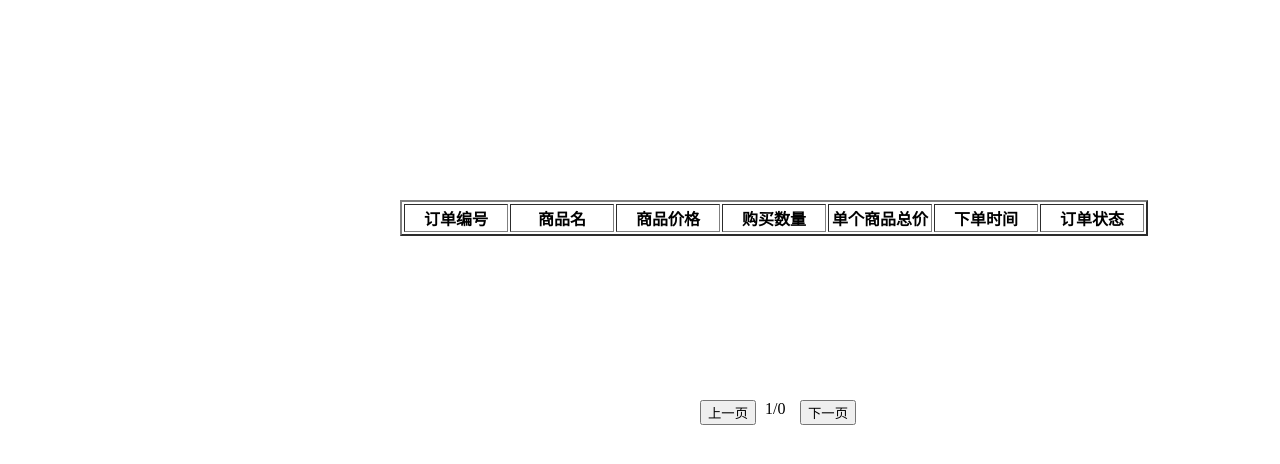
Repository: Gale-student/Gale-student.github.io
Page: http://localhost/weshop/OrdersDetailQueryAllServlet
An editor plug-in stored every save of this project. The page is shown before and after the next save, followed by the edit.
The browser window is 1280 px wide. The pictures show the whole page.
The page is served by Tomcat 9. Queries for data that is not in the repository find no rows.

Above is the page before, as saved 2022-10-04 10:25:15.

After the next save:
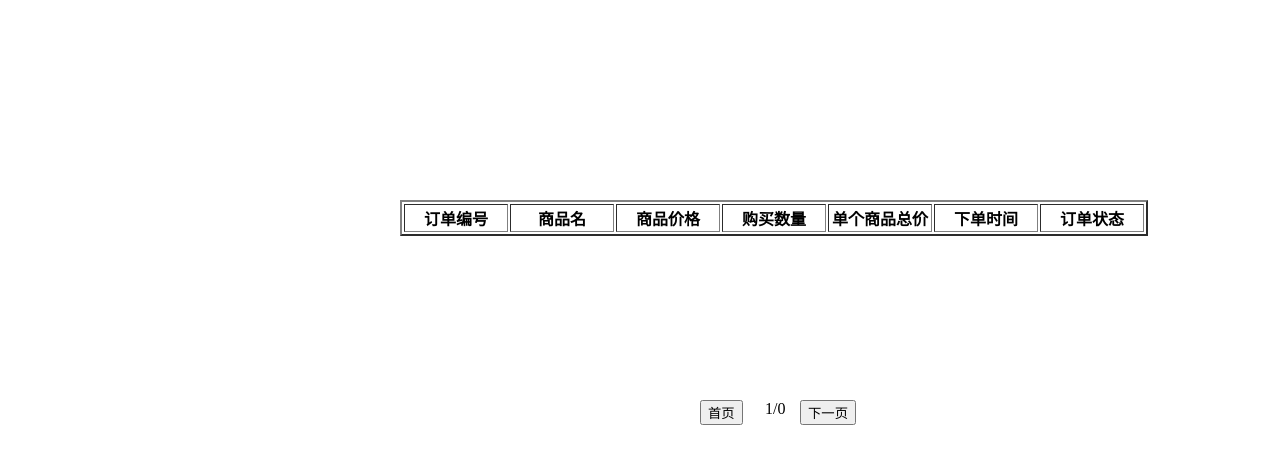
Saved 13 s later.
--- a/WeShop/weshop/WebRoot/WEB-INF/jsp/OrdersQueryOfUser.jsp
+++ b/WeShop/weshop/WebRoot/WEB-INF/jsp/OrdersQueryOfUser.jsp
@@ -63,7 +63,7 @@ String basePath = request.getScheme()+"://"+request.getServerName()+":"+request.
     </table>
     <div style="position: absolute; left: 700px; top: 400px;">
     <form action="" method="post">
-       <input type="submit" value="上一页">
+       <input type="submit" value=<%=upPage %>>
     </form>
     <label style="position: absolute; top: 0px; left: 65px;"><%=currentPage + "/" + allPage %></label>
     <form style="position: absolute; top: 0px; left: 100px;" action="" method="post">
